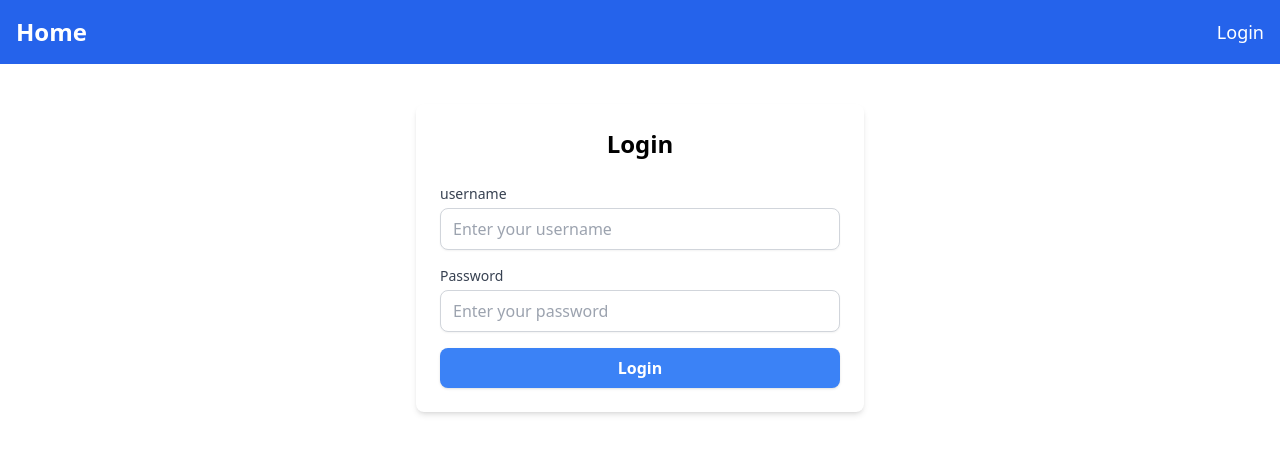
Repository: Ademaulana100499/learnReact
Page: /login
These files come from the project's save history. The page is drawn as it stood at one moment and after the next save; the edit follows.
The browser window is 1280 px wide. The pictures show the whole page.
The project was rebuilt for these pictures with package versions that can differ from the ones it lists, and the page was loaded fresh each time. Also part of the build but not shown: vite.config.js, src/components/Navbar/index.jsx, src/pages/HomePage/index.jsx, src/pages/DetailPage/index.jsx.

Above is the page before, as saved 2024-12-15 11:46:45.

After the next save:
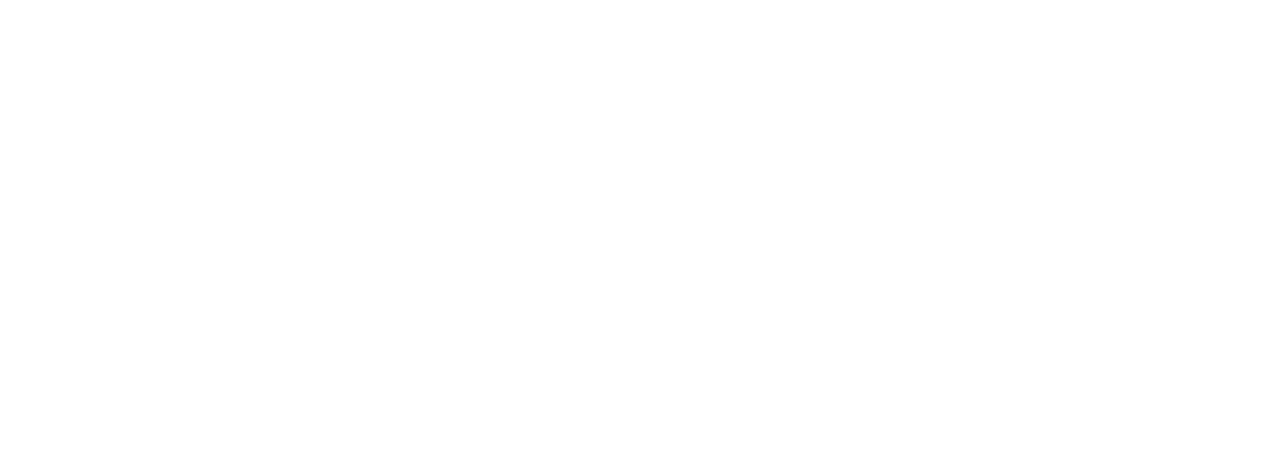
Console error: ReferenceError: useNavigate is not defined
Saved 84 s later.
--- a/src/pages/LoginPage/index.jsx
+++ b/src/pages/LoginPage/index.jsx
@@ -11,6 +11,7 @@
   const [error, setError] = useState("");
   const [loading, setLoading] = useState(false);
 
+  const navigate = useNavigate();
   const handleChange = (e) => {
     setForm({
       ...form,

After the 2 saves that followed:
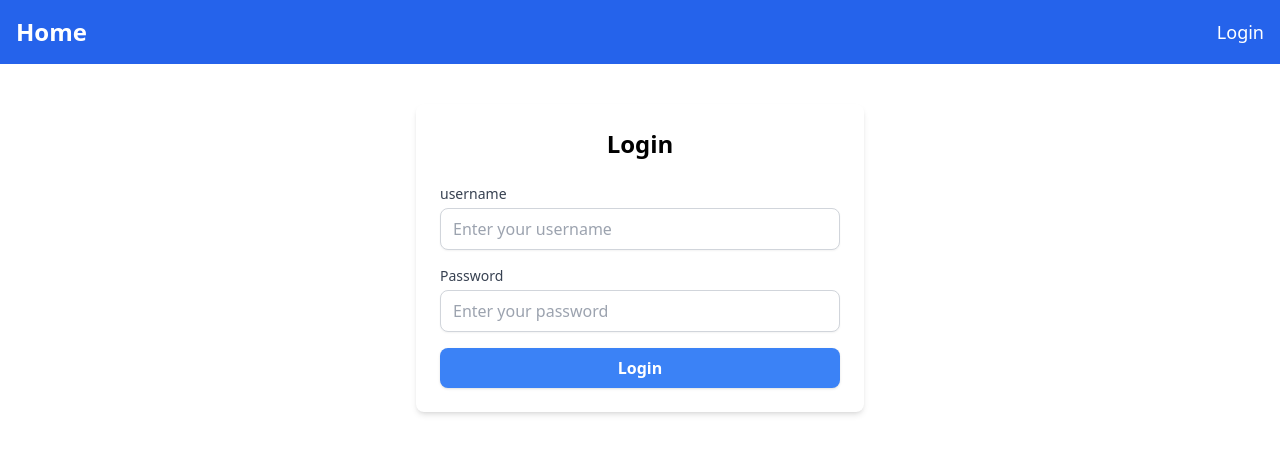
The error is gone.
The 2 saves are shown as one change because 1 left the picture as it was.
The last was saved 2 min 15 s later.
--- a/src/pages/LoginPage/index.jsx
+++ b/src/pages/LoginPage/index.jsx
@@ -1,6 +1,7 @@
 import axios from "axios";
 import { Navbar } from "../../components";
 import { useState } from "react";
+import { useNavigate } from "react-router-dom";
 
 export const LoginPage = () => {
   const [form, setForm] = useState({
@@ -12,6 +13,7 @@
   const [loading, setLoading] = useState(false);
 
   const navigate = useNavigate();
+
   const handleChange = (e) => {
     setForm({
       ...form,
@@ -26,7 +28,7 @@
       localStorage.setItem("acces_token", res.data.accessToken);
       localStorage.setItem("refresh_token", res.data.refreshToken);
       setTimeout(() => {
-        Navigate("/");
+        navigate("/");
       }, 2000);
       console.log(res);
     } catch (error) {
